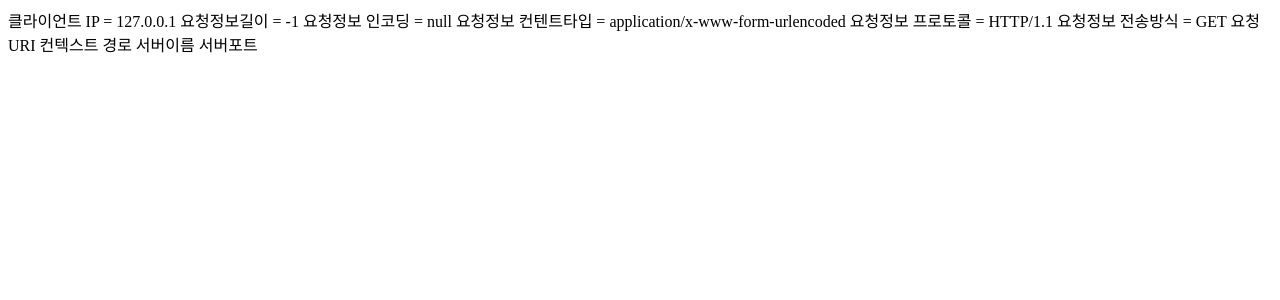
Repository: jjanggu1990/kh_java
Page: http://localhost/JSP_EX/day0318/requestinfo.jsp
An editor plug-in stored every save of this project. The page is shown before and after a run of saves, followed by the edit.
The browser window is 1280 px wide. The pictures show the whole page.
The page is served by Tomcat 9. Other server files are loaded and not shown.

Above is the page before, as saved 2016-03-18 09:09:56.

### workspace/JSP_EX/WebContent/day0318/requestinfo.jsp
<%@ page contentType="text/html; charset=EUC-KR"%>
<!DOCTYPE html>
<html>
<head>

<title>클라이언트 및 서버 정도</title>
</head>
<body>
클라이언트 IP = <%= request.getRemoteAddr() %>
요청정보길이 = <%= request.getContentLength() %>
요청정보 인코딩 = <%= request.getCharacterEncoding() %>
요청정보 컨텐트타입 = <%= request.getContentType() %>
요청정보 프로토콜 = <%= request.getProtocol() %>
요청정보 전송방식 = <%= request.getMethod() %>
요청URI
컨텍스트 경로
서버이름
서버포트
</body>
</html>

After the next 2 saves:
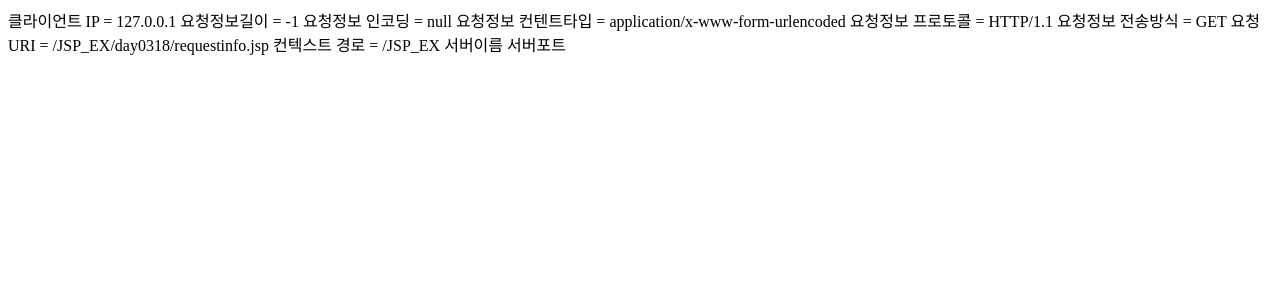
The 2 saves are shown as one change because they came seconds apart.
The last was saved 29 s later.
--- a/workspace/JSP_EX/WebContent/day0318/requestinfo.jsp
+++ b/workspace/JSP_EX/WebContent/day0318/requestinfo.jsp
@@ -12,8 +12,8 @@
 요청정보 컨텐트타입 = <%= request.getContentType() %>
 요청정보 프로토콜 = <%= request.getProtocol() %>
 요청정보 전송방식 = <%= request.getMethod() %>
-요청URI
-컨텍스트 경로
+요청URI = <%= request.getRequestURI() %>
+컨텍스트 경로 = <%= request.getContextPath() %>
 서버이름
 서버포트
 </body>
